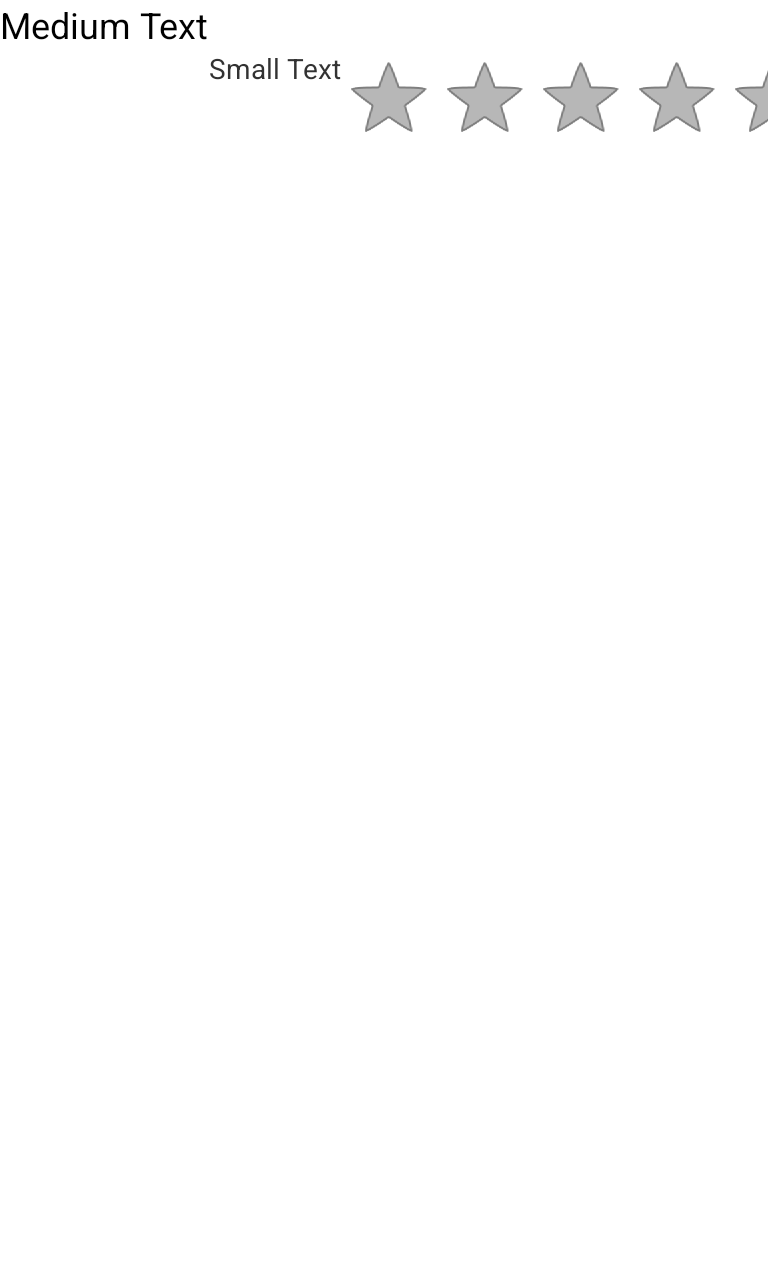
Repository: yash256/atnt
Layout: Farmdroid/res/layout/market_details.xml
The author's editor kept a copy of each file at every save. The layout is drawn from the files as they stood at one save, then again after the next save.
It is drawn on a 768 x 1280 px phone screen (xhdpi) without system bars, with theme AppTheme; the app's code is not run.

Above is the layout before, as saved 2014-10-26 18:42:58.

### Farmdroid/res/layout/market_details.xml
<?xml version="1.0" encoding="utf-8"?>
<LinearLayout xmlns:android="http://schemas.android.com/apk/res/android"
    android:layout_width="match_parent"
    android:layout_height="match_parent"
    android:orientation="vertical" >

    <GridLayout
        android:layout_width="match_parent"
        android:layout_height="wrap_content"
        android:columnCount="8" >

        <TextView
            android:id="@+id/textView1"
            android:layout_column="0"
            android:layout_gravity="left|top"
            android:layout_row="1"
            android:text="Medium Text"
            android:textAppearance="?android:attr/textAppearanceMedium" />

    <TextView
        android:id="@+id/market_address"
        android:text="Small Text"
        android:textAppearance="?android:attr/textAppearanceSmall"
        android:layout_row="2"
        android:layout_columnSpan="2"/>

    <RatingBar
        android:id="@+id/ratingBar1"
        android:layout_gravity="right|top"
        android:layout_row="2"
        android:layout_columnSpan="5"/>

    </GridLayout>


</LinearLayout>

Loaded but not shown: Farmdroid/res/values/styles.xml (common file); Farmdroid/res/values-v11/styles.xml (common file); Farmdroid/res/values-v14/styles.xml (common file)

After the next save:
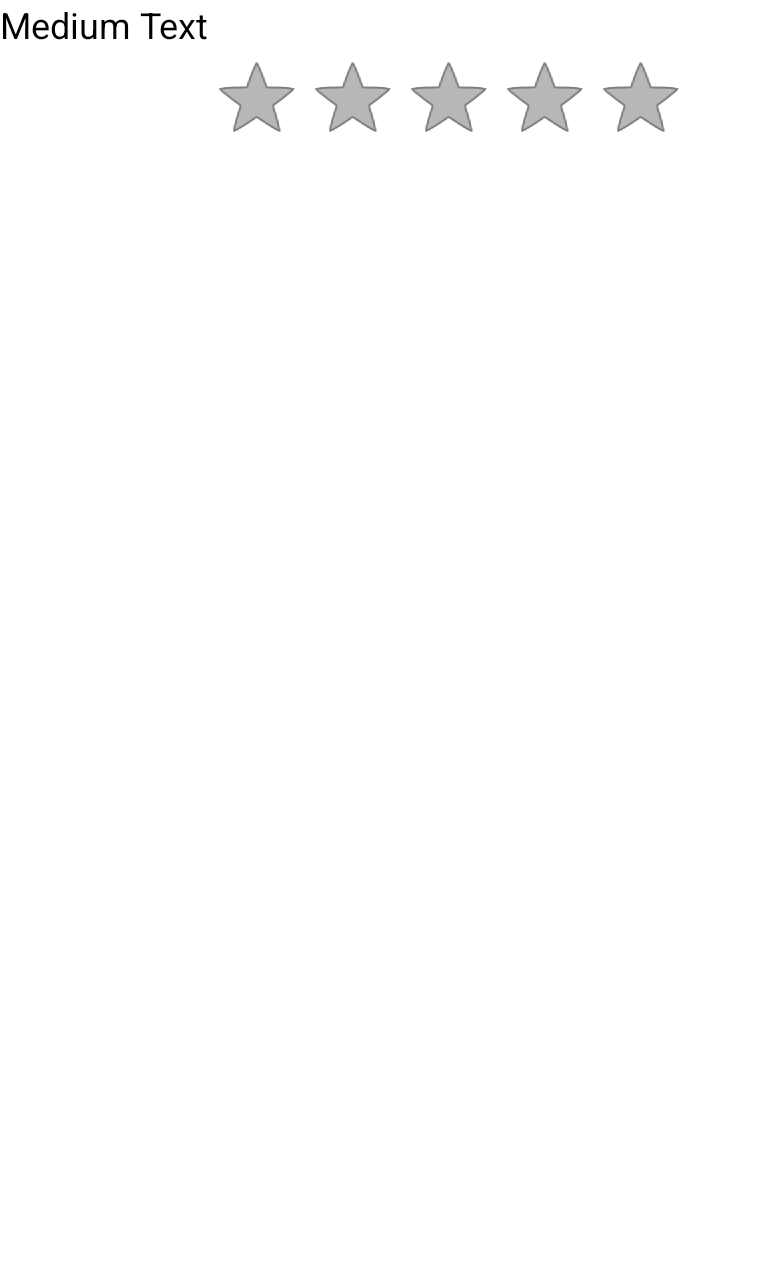
Saved 10 s later.
--- a/Farmdroid/res/layout/market_details.xml
+++ b/Farmdroid/res/layout/market_details.xml
@@ -17,12 +17,7 @@
             android:text="Medium Text"
             android:textAppearance="?android:attr/textAppearanceMedium" />
 
-    <TextView
-        android:id="@+id/market_address"
-        android:text="Small Text"
-        android:textAppearance="?android:attr/textAppearanceSmall"
-        android:layout_row="2"
-        android:layout_columnSpan="2"/>
+
 
     <RatingBar
         android:id="@+id/ratingBar1"
